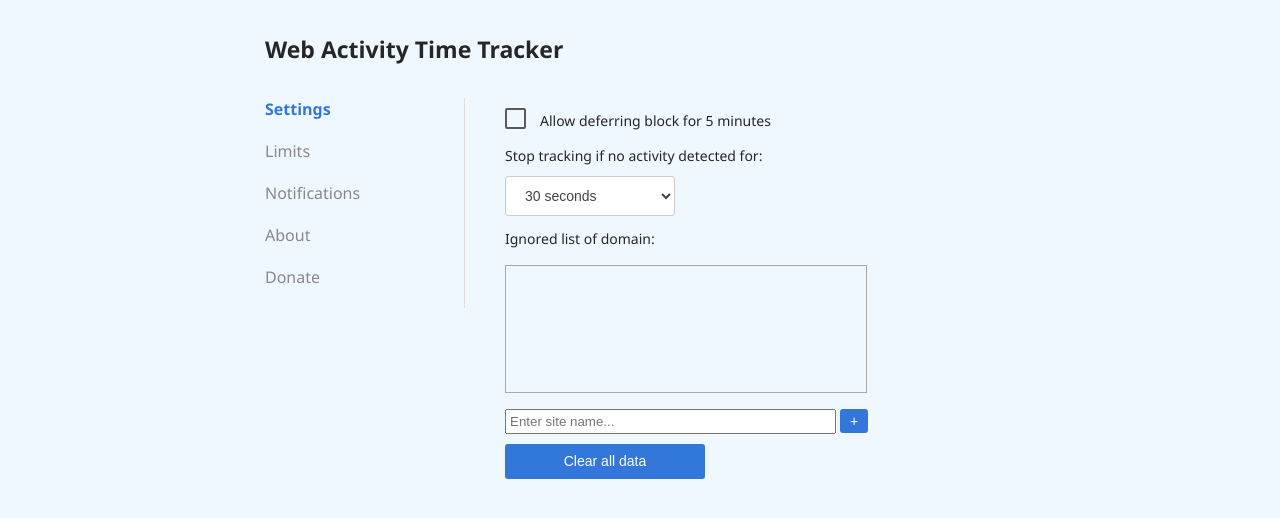
Repository: Inakhoyan/Lab-Project
Page: options.html
The author's editor kept a copy of each file at every save. The page is drawn from the files as they stood at one save, then again after the next save.
The browser window is 1280 px wide. The pictures show the whole page.

Above is the page before, as saved 2022-11-19 00:58:24.
Console error: TypeError: Cannot read properties of null (reading 'addEventListener')

After the next save:
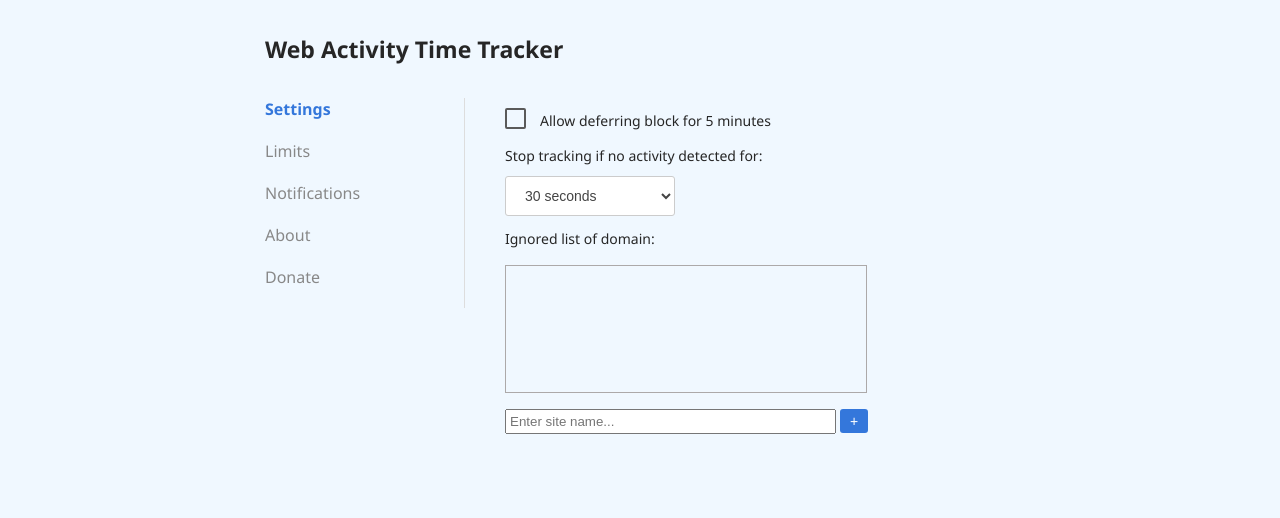
Saved 15 s later.
--- a/options.html
+++ b/options.html
@@ -85,7 +85,7 @@
                         </div>
 
                         </div>
-                        <div class="margin-top-10"><input type="button" value="Clear all data" id="clearAllData"></div>
+
                         <div class="notify" id="notify" hidden="">
                             Data successfully deleted
                         </div>
